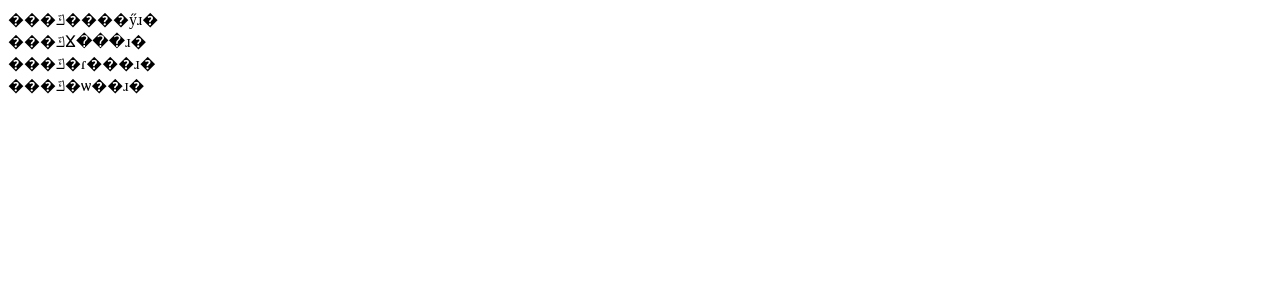
Repository: ZxxWs/P_M_learn
Page: http://localhost/
These files come from the project's save history. The page is drawn as it stood at one moment and after the next save; the edit follows.
The browser window is 1280 px wide. The pictures show the whole page.
The page is run by PHP 8.4 with error messages shown; the project is at /var/www/html/.

Above is the page before, as saved 2019-03-11 09:33:44.

### Mysql_learn/index.php
<?php

//MySQL在PHP中的方法：mysqli_function(value,value1....)

//************************************************************
//连接MySQL：
$host='localhost:3306';                    //可选，主机名|IP
$username='root';          //可选，MySQL用户名
$password;          //可选，MySQL密码
$dbname;            //可选，默认数据库
$port;                  //端口号
$socket;            //规定socket
$conn=mysqli_connect($host,$username);
//mysqli_close($link);//关闭与于数据库的连接
if($conn)
    echo "数据库连接成功";
echo "<br />";

//************************************************************
//创建数据库
$create="create database phpcreat";
$createdatabase=mysqli_query($conn, $create);
if($createdatabase)
    echo "数据库创建成功";
echo "<br />";

//删除数据库
$drop="drop database phpcreat";
$drop=mysqli_query($conn, $drop);
if($drop)
    echo "数据库删除成功";
echo "<br />";


//************************************************************
//选择数据库
$dbname="test";
$select=mysqli_select_db($conn, $dbname);
if($select)
    echo "数据库选择成功";
echo "<br />";


//************************************************************
//创建表
$table="crete table phptable(id int)";
$createtable=mysqli_query($conn, $table);
if($createtable)
    echo "创建表：“id”成功";
echo "<br />";

//删除表
$droptable="drop table phptable";
$droptablea=mysqli_query($conn, $droptable);
if($droptablea)
    echo "删除表“id”成功";
echo "<br/>";

After the next save:
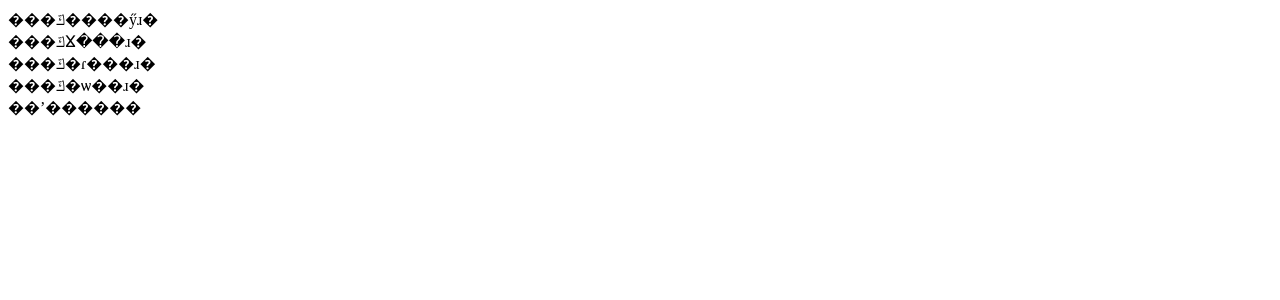
Saved 68 s later.
--- a/Mysql_learn/index.php
+++ b/Mysql_learn/index.php
@@ -43,6 +43,7 @@ echo "<br />";
 
 //************************************************************
 //创建表
+echo "开始创建表";
 $table="crete table phptable(id int)";
 $createtable=mysqli_query($conn, $table);
 if($createtable)
